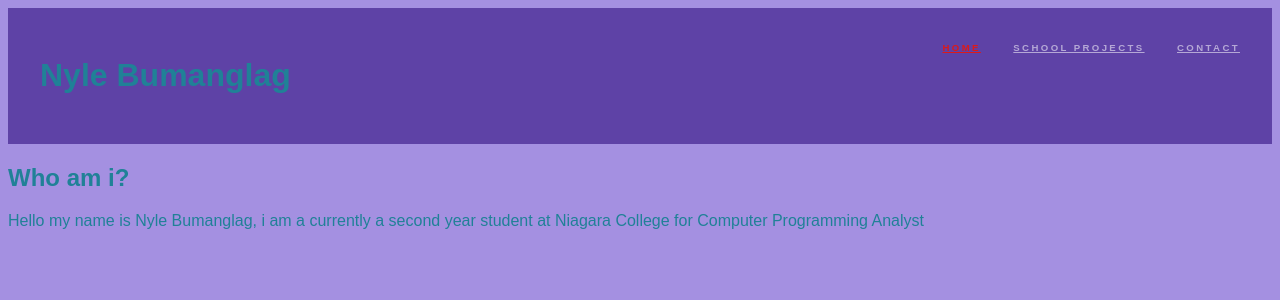
Repository: NyleNC/main
Page: index.html
An editor plug-in stored every save of this project. The page is shown before and after the next save, followed by the edit.
The browser window is 1280 px wide. The pictures show the whole page.
Some web fonts or font styles are not loaded; a fallback is used.

Above is the page before, as saved 2024-11-07 00:45:46.

After the next save:
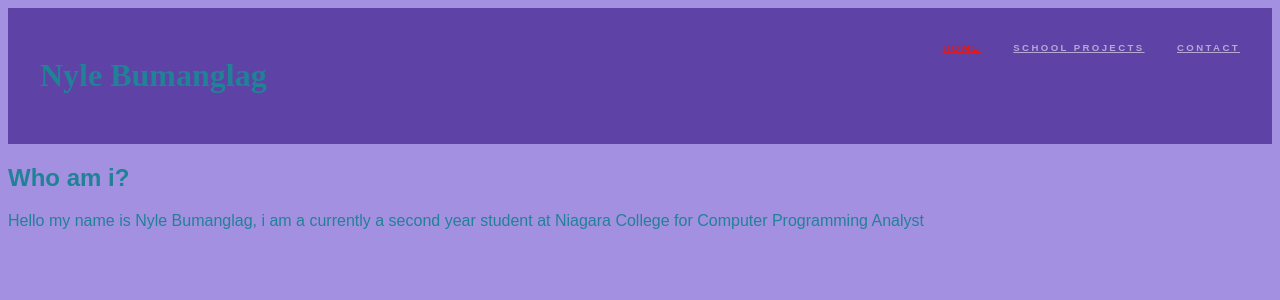
Saved 26 s later.
--- a/style.css
+++ b/style.css
@@ -8,7 +8,9 @@ body{
 
 }
 h1{
-    font-weight: 700;
+    font-family: "Arsenal SC", serif;
+  font-weight: 700;
+  font-style: normal;
 }
 #header {
 display: -moz-flex;
